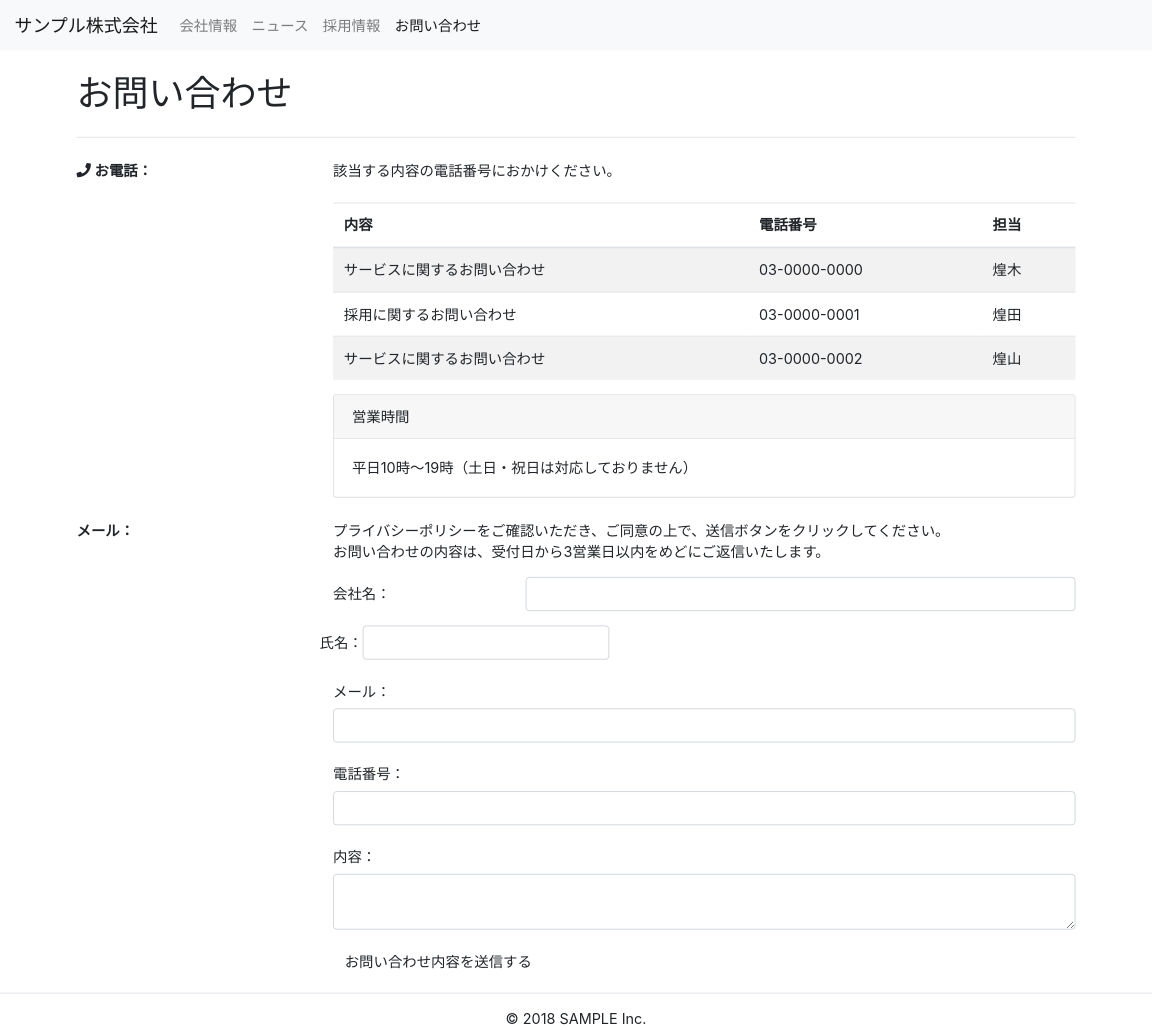
Repository: yoony212/frontend
Page: contact.html
The author's editor kept a record of every edit. The page is drawn from the files as they stood at one moment, then again after the next edit.
The browser window is 1280 px wide. The pictures show the whole page, at 90% of full size.

Above is the page before.

### contact.html
<!DOCTYPE html>
<html lang="ja">

<head>
    <meta charset="utf-8">
    <meta name="viewport" content="width=device-width, initial-scale=1, shrink-to-fit=no">

    <link rel="stylesheet" href="https://stackpath.bootstrapcdn.com/bootstrap/4.3.1/css/bootstrap.min.css">

    <title>お問い合わせ | サンプル株式会社</title>
</head>

<body>
    <header>
        <!-- 576px以上の画面幅のとき、メニューを表示する（それ未満なら折りたたむ）指定を追加 -->
        <nav class="navbar navbar-light navbar-expand-sm bg-light d-sm-flex">
        <!--画面左上に表示するサイト名のリンクとして適切な表示をするための指定を追加 -->
            <a href="#" class="navbar-brand">サンプル株式会社</a>

            <button type="button" class="navbar-toggler" data-toggle="collapse" data-target="#nav-bar">
                <span class="navbar-toggler-icon"></span>
            </button>

            <div class="collapse navbar-collapse " id="nav-bar">
                <ul class="navbar-nav">
                    <li class="nav-item"><a href="#" class="nav-link">会社情報</a></li>
                    <li class="nav-item"><a href="#" class="nav-link">ニュース</a></li>
                    <li class="nav-item"><a href="#" class="nav-link">採用情報</a></li>
                    <!-- お問い合わせページを表示していることをわかりやすくする設定を追加 -->
                    <li class="nav-item"><a href="#" class="nav-link active">お問い合わせ</a></li>
                </ul>
            </div>
        </nav>
    </header>
    <div class="container">
        <h1 class="mt-4 pb-4 border-bottom">お問い合わせ</h1>

        <!-- グリッドを使うための指定を追加 -->
        <div class="mt-4 row">
            <!-- 576px以上の画面幅のとき、左側は3つ分のカラム幅で表示する指定を追加 -->
            <div class="col-sm-3">
                <!-- 電話に関するFont Awesomeのアイコンを追加 -->
                <i class="fas fa-phone mr-1"></i><strong>お電話：</strong>
            </div>

            <!-- 576px以上の画面幅のとき、右側は9つ分のカラム幅で表示する指定を追加 -->
            <div class="col-sm-9">
                <p>該当する内容の電話番号におかけください。</p>
                <!-- テーブルの装飾を適用する指定を追加 -->
                <!-- さらにテーブルへ枠を追加する指定、行ごとの背景色が交互に変わる指定を追加 -->
                <table class="mt-4 table table-striped">
                    <thead>
                        <tr>
                            <th>内容</th>
                            <th>電話番号</th>
                            <th>担当</th>
                        </tr>
                    </thead>
                    <tbody>
                        <tr>
                            <td>サービスに関するお問い合わせ</td>
                            <td>03-0000-0000</td>
                            <td>煌木</td>
                        </tr>
                        <tr>
                            <td>採用に関するお問い合わせ</td>
                            <td>03-0000-0001</td>
                            <td>煌田</td>
                        </tr>
                        <tr>
                            <td>サービスに関するお問い合わせ</td>
                            <td>03-0000-0002</td>
                            <td>煌山</td>
                        </tr>
                    </tbody>
                </table>

                <!-- カードの装飾を適用 -->
                <div class="card">
                    <!-- カードのタイトル部分として設定 -->
                    <div class="card-header">
                        <!-- 時間に関するFont Awesomeのアイコンを追加 -->
                        <i class="fa-solid fa-circle-info"></i>営業時間
                    </div>

                    <!-- カードの本文部分として設定 -->
                    <div class="card-body">
                        平日10時〜19時（土日・祝日は対応しておりません）
                    </div>
                </div>
            </div>
        </div>

        <!-- グリッドを使うための指定を追加 -->
        <div class="mt-4 row">
            <!-- 576px以上の画面幅のとき、左側は3つ分のカラム幅で表示する指定を追加 -->
            <div class="col-sm-3">
                <!-- メールに関するFont Awesomeのアイコンを追加 -->
                <i class="fa-solid fa-envelope"></i> <strong>メール：</strong>
            </div>

            <!-- 576px以上の画面幅のとき、右側は9つ分のカラム幅で表示する指定を追加 -->
            <div class="col-sm-9">
                <p>
                    プライバシーポリシーをご確認いただき、ご同意の上で、送信ボタンをクリックしてください。<br />
                    お問い合わせの内容は、受付日から3営業日以内をめどにご返信いたします。
                </p>
                <form action="complete.html">
                    <!-- ラベルとフォーム部品を並べるためにグリッドを使う指定を追加 -->
                    <div class="form-group row">
                        <!-- 576px以上の画面幅のとき、ラベルは3つ分のカラム幅で表示する指定を追加 -->
                        <label class="col-form-label col-sm-3">会社名：</label>

                        <!-- 576px以上の画面幅のとき、フォーム部品は9つ分のカラム幅で表示する指定を追加 -->
                        <div class="col-sm-9">
                            <input type="text" class="form-control" name="company">
                        </div>
                    </div>

                    <!-- ラベルとフォーム部品を並べるためにグリッドを使う指定を追加 -->
                    <div class="form-group row">
                        <!-- 576px以上の画面幅のとき、ラベルは3つ分のカラム幅で表示する指定を追加 -->
                        <label class="col-form-label">氏名：</label>

                        <!-- 576px以上の画面幅のとき、フォーム部品は9つ分のカラム幅で表示する指定を追加 -->
                        <div class="">
                            <input type="text" class="form-control" name="name">
                        </div>
                    </div>

                    <!-- ラベルとフォーム部品を並べるためにグリッドを使う指定を追加 -->
                    <div class="form-group">
                        <!-- 576px以上の画面幅のとき、ラベルは3つ分のカラム幅で表示する指定を追加 -->
                        <label class="col-form-label">メール：</label>

                        <!-- 576px以上の画面幅のとき、フォーム部品は9つ分のカラム幅で表示する指定を追加 -->
                        <div class="">
                            <input type="text" class="form-control" name="mail">
                        </div>
                    </div>

                    <!-- ラベルとフォーム部品を並べるためにグリッドを使う指定を追加 -->
                    <div class="form-group">
                        <!-- 576px以上の画面幅のとき、ラベルは3つ分のカラム幅で表示する指定を追加 -->
                        <label class="col-form-label">電話番号：</label>

                        <!-- 576px以上の画面幅のとき、フォーム部品は9つ分のカラム幅で表示する指定を追加 -->
                        <div class="">
                            <input type="text" class="form-control" name="tel">
                        </div>
                    </div>

                    <!-- ラベルとフォーム部品を並べるためにグリッドを使う指定を追加 -->
                    <div class="form-group">
                        <!-- 576px以上の画面幅のとき、ラベルは3つ分のカラム幅で表示する指定を追加 -->
                        <label class="col-form-label">内容：</label>

                        <!-- 576px以上の画面幅のとき、フォーム部品は9つ分のカラム幅で表示する指定を追加 -->
                        <div class="">
                            <textarea class="form-control" name="content"></textarea>
                        </div>
                    </div>

                    <!-- ラベルとフォーム部品を並べるためにグリッドを使う指定を追加 -->
                    <div class="form-group">
                        <!-- 576px以上の画面幅のとき、3つ分のカラム幅の隙間を表示する設定を追加 -->
                        <!-- さらに、576px以上の画面幅のとき、9つ分のカラム幅で送信ボタンの表示部分の設定を追加 -->
                        <div class="">
                            <!-- 送信ボタンを緑色にする設定を追加 -->
                            <!-- さらに、送信ボタンは、指定のカラム幅に対して100％の幅となる設定を追加 -->
                            <button type="submit" class="btn">お問い合わせ内容を送信する</button>
                        </div>
                    </div>
                </form>
            </div>
        </div>
    </div>
    <footer class="text-center pt-3 border-top">
        &copy; 2018 SAMPLE Inc.
    </footer>

    <script src="https://code.jquery.com/jquery-3.3.1.min.js"></script>
    <script src="https://cdnjs.cloudflare.com/ajax/libs/popper.js/1.14.6/umd/popper.min.js"></script>
    <script src="https://stackpath.bootstrapcdn.com/bootstrap/4.3.1/js/bootstrap.min.js"></script>
    <script defer src="https://use.fontawesome.com/releases/v5.7.2/js/all.js"></script>
</body>

</html>

After the next edit:
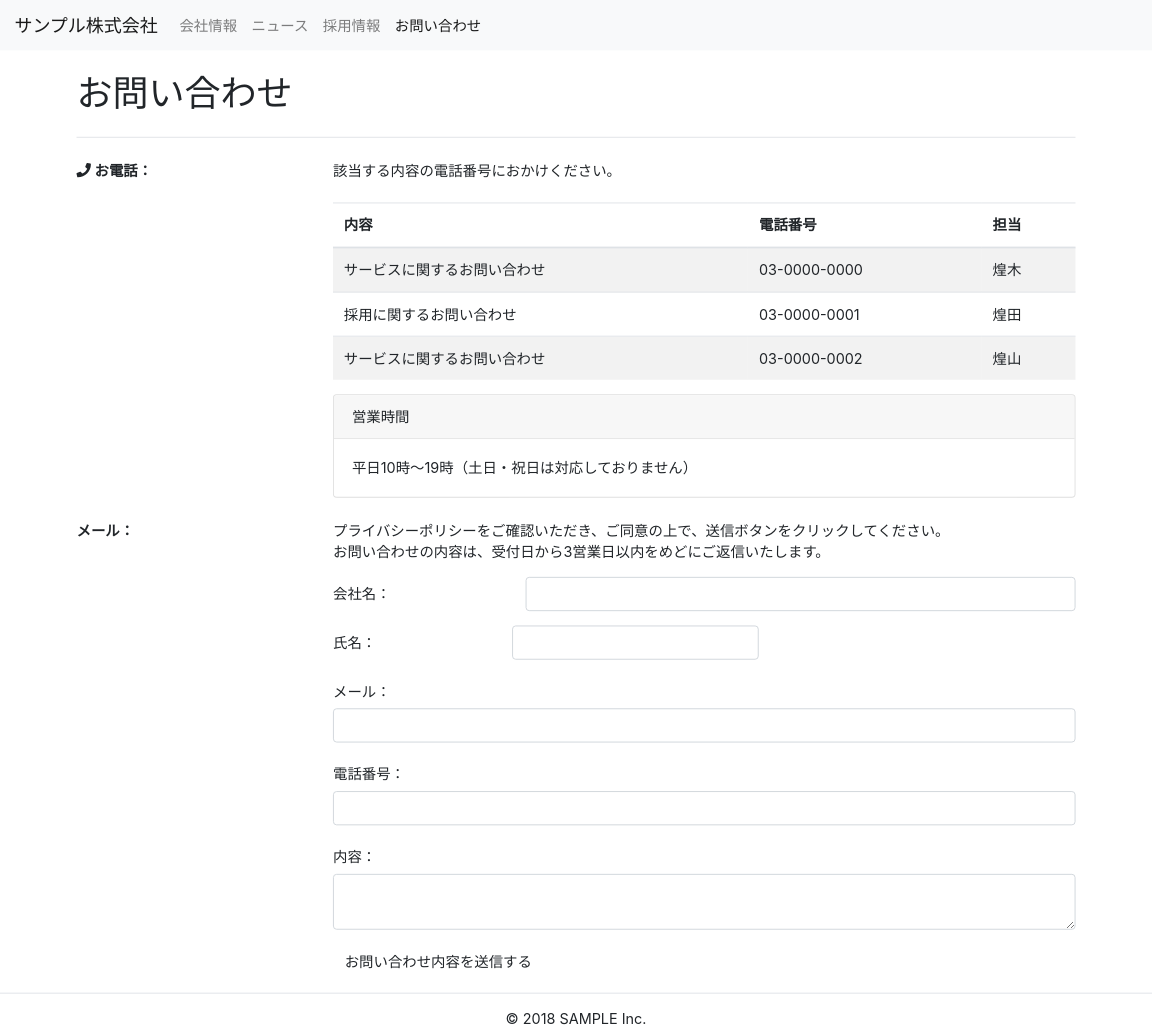
The edit:
--- a/contact.html
+++ b/contact.html
@@ -120,7 +120,7 @@
                     <!-- ラベルとフォーム部品を並べるためにグリッドを使う指定を追加 -->
                     <div class="form-group row">
                         <!-- 576px以上の画面幅のとき、ラベルは3つ分のカラム幅で表示する指定を追加 -->
-                        <label class="col-form-label">氏名：</label>
+                        <label class="col-form-label col-sm-3">氏名：</label>
 
                         <!-- 576px以上の画面幅のとき、フォーム部品は9つ分のカラム幅で表示する指定を追加 -->
                         <div class="">
